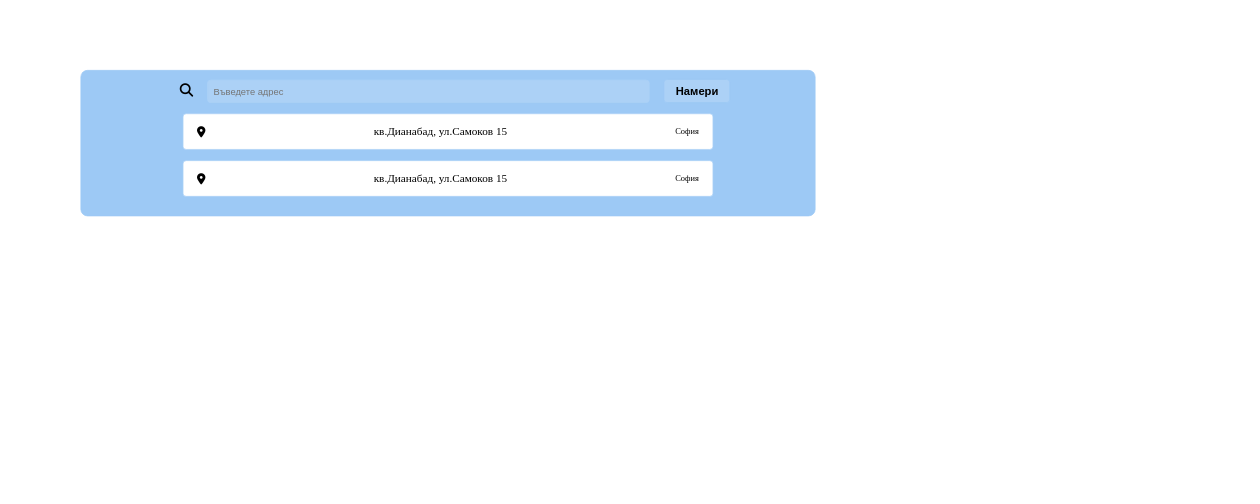
Repository: GeryZlatev/address-search
Page: /
An editor plug-in stored every save of this project. The page is shown before and after the next save, followed by the edit.
The browser window is 1280 px wide. The page is 1280 px wide, then 1800 px, so the pictures cover 1800 px, including what lies to the right of the window. The pictures show the part of the page from y = 0 to 1360 px (the page is 720 px tall before and 2789 px after), at 70% of full size.
Some web libraries are served in a nearby version. The project was rebuilt for these pictures with package versions that can differ from the ones it lists, and the page was loaded fresh each time. Also part of the build but not shown: src/components/ImageWrapper/ImageWrapper.module.css.

Above is the page before, as saved 2021-04-09 22:20:57.

After the next save:
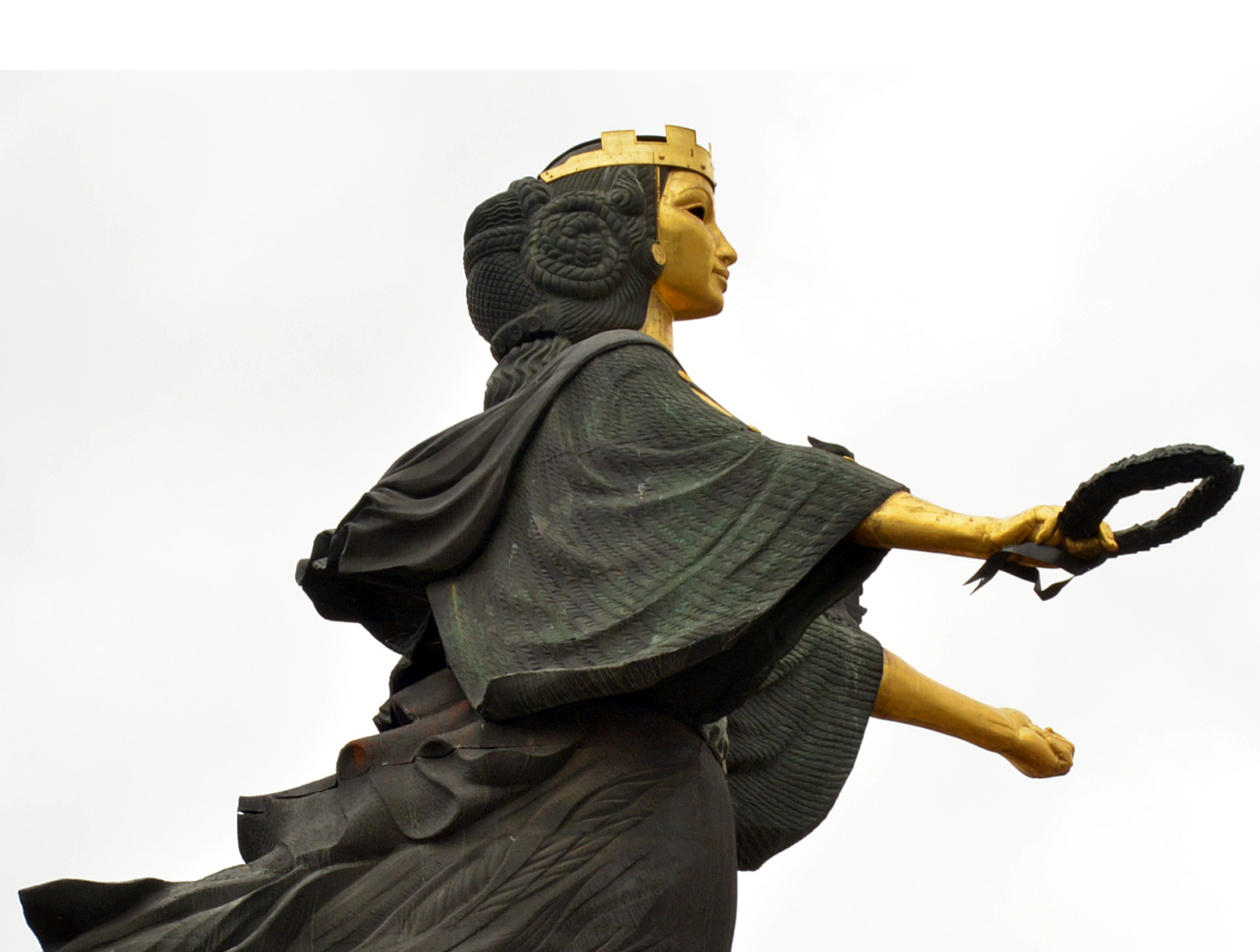
Saved 21 s later.
--- a/src/App.js
+++ b/src/App.js
@@ -1,12 +1,12 @@
 
 import './App.css';
 import SearchBar from './components/SearchBar';
-import imageWrapper from './components/ImageWrapper';
+import ImageWrapper from './components/ImageWrapper';
 
 function App() {
   return (
     <div className="App">
-      <imageWrapper/>
+      <ImageWrapper/>
       <SearchBar/>
     </div>
   );
